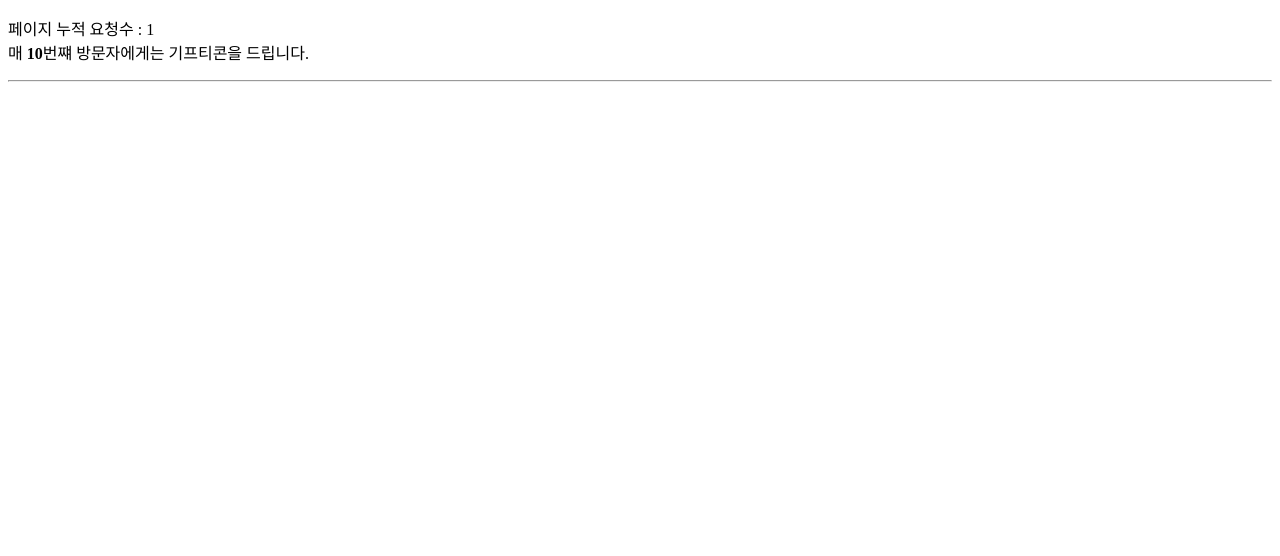
Repository: lee-ruru/jsp_practice
Page: http://localhost/JSPBasic/JspTag/TagQ02.jsp
The author's editor kept a copy of each file at every save. The page is drawn from the files as they stood at one save, then again after the next save.
The browser window is 1280 px wide. The pictures show the whole page.
The page is served by Tomcat 9.

Above is the page before, as saved 2022-02-03 00:47:16.

After the next save:
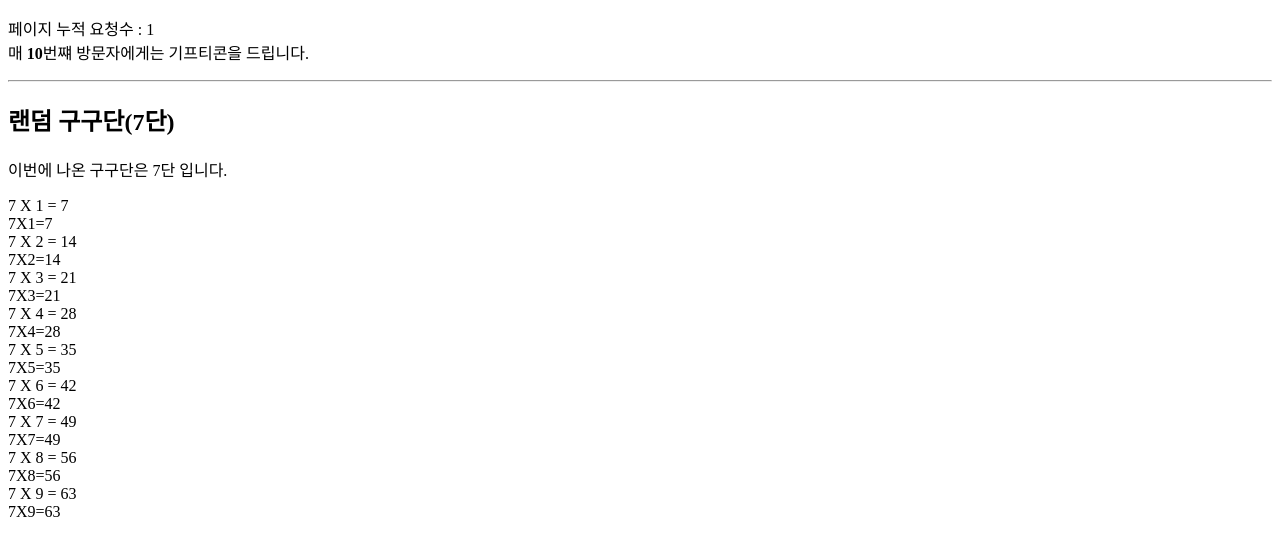
Saved 70 s later.
--- a/JSPBasic/src/main/webapp/JspTag/TagQ02.jsp
+++ b/JSPBasic/src/main/webapp/JspTag/TagQ02.jsp
@@ -21,6 +21,16 @@
 	</p>
 	<hr>
 
+	<h2>랜덤 구구단(<%= num %>단)</h2>
+	<p>
+		이번에 나온 구구단은 <%= num %>단 입니다.
+	</p>
+	<p>
+		<% for(int i=1; i<=9; i++) { %>
+			<%= num %> X <%= i %> = <%= num * i %><br>
+			<% out.println(num + "X" + i + "=" + (num * i) + "<br/>"); %>
+		<% } %>
+	</p>
 
 
 
